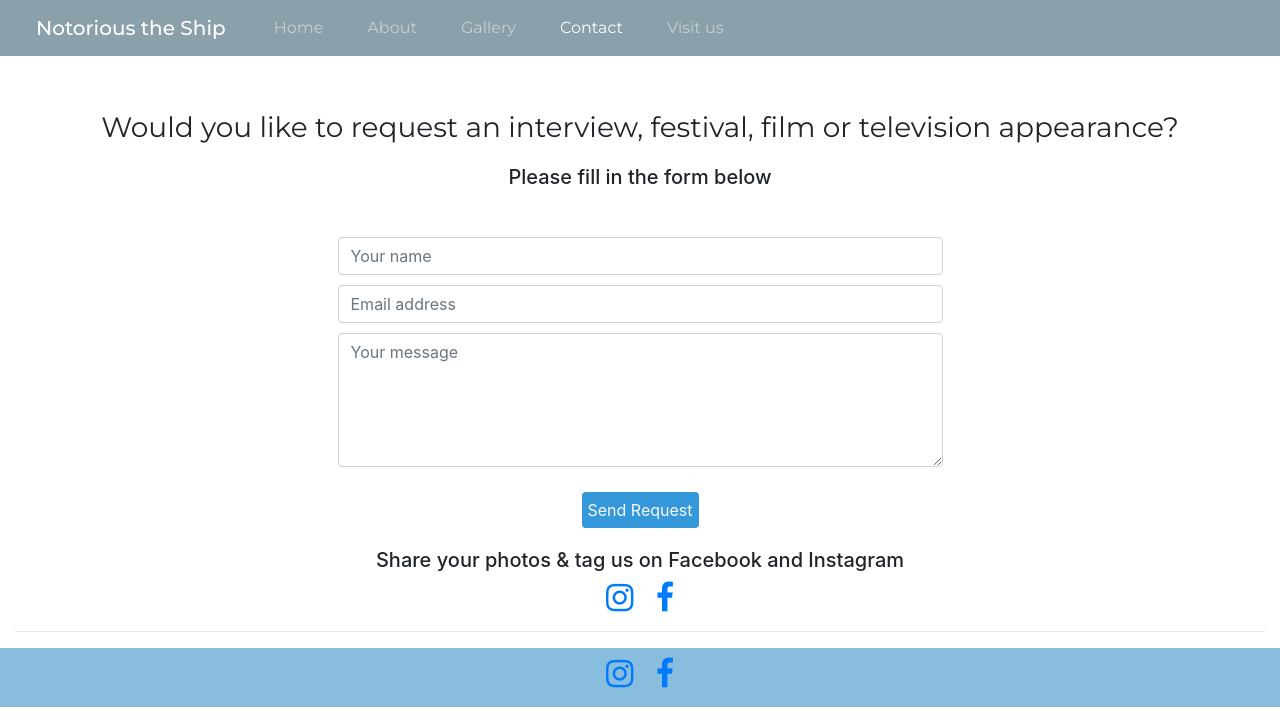
Repository: TSRose/NotorioustheShip
Page: contact.html
The author's editor kept a record of every edit. The page is drawn from the files as they stood at one moment, then again after the next edit.
The browser window is 1280 px wide. The pictures show the whole page.

Above is the page before.

### contact.html
<!DOCTYPE html>
<html lang="en">

<head>
    <meta charset="UTF-8">
    <meta name="viewport" content="width=device-width, initial-scale=1.0">
    <meta http-equiv="X-UA-Compatible" content="ie=edge">
    <link rel="stylesheet" href="https://stackpath.bootstrapcdn.com/bootstrap/4.3.1/css/bootstrap.min.css" type="text/css" />
    <link rel="stylesheet" href="https://stackpath.bootstrapcdn.com/font-awesome/4.7.0/css/font-awesome.min.css">
    <link rel="stylesheet" href="assets/css/style.css" type="text/css">

    <title>Notorious the Ship</title>
</head>

<body>
    <nav class="navbar navbar-dark navbar-expand-sm">
        <a href="index.html" class="navbar-brand">Notorious the Ship</a>
        <button class="navbar-toggler ml-auto" type="button" data-toggle="collapse" data-target="#navbarNavDropdown" aria-controls="navbarNavDropdown" aria-expanded="false" aria-label="Toggle navigation">
      <span class="navbar-toggler-icon"></span></button>
        <div class="collapse navbar-collapse" id="navbarNavDropdown">
            <ul class="navbar-nav mr-auto">
               <li class="nav-item mr-2"><a class="nav-link" href="index.html">Home</a></li>
                <li class="nav-item mr-2"><a class="nav-link" href="about.html">About</a></li>
                <li class="nav-item mr-2"><a class="nav-link" href="gallery.html">Gallery</a></li>
                <li class="active nav-item mr-2"><a class="nav-link" href="contact.html">Contact</a></li>
                <li class="nav-item mr-2"><a class="nav-link" href="open.html">Visit us</a></li>
            </ul>
            </div>
    </nav>

    <section class="container-fluid">
        <div class="row bg-color-contact">
            <div class="col-12">
                <h3 class="contact-heading text-center"> Would you like to request an interview, festival, film or television appearance?</h3>
                <h5 class="text-center">Please fill in the form below </h5>
                <div class="center-form">
                    <form>
                        <input type="text" name="name" id="fullname" class="form-control" placeholder="Your name" required />
                        <input type="email" name="email" id="emailaddress" class="form-control" placeholder="Email address" required />
                        <textarea rows="5" name="websitemessage" id="websitemessage" class="form-control" placeholder="Your message" required /></textarea>
                        <div class="form-row text-center">
                            <div class="col">
                                <button type="submit" class="btn">Send Request</button>
                            </div>
                        </div>
                    </form>
                </div>
                <h5 class="text-center">
                    Share your photos & tag us on Facebook and Instagram</h5>
                    <ul class="list-inline social-links">
                    <li class="list-inline-item">
                        <a target="_blank" href="http://instagram.com/notoriousship">
                        <i class="fa fa-instagram fa-2x" aria-hidden="true"></i>
                        <span class="sr-only">Instagram</span>
                        </a>
                    </li>
                    <li class="list-inline-item">
                        <a target="_blank" href="http://facebook.com/notorioustheship">
                        <i class="fa fa-facebook fa-2x" aria-hidden="true"></i>
                        <span class="sr-only">Facebook</span>
                        </a>
                    </li>
                </ul>
                <hr>
            </div>
        </div>
    </section>
 <!---------------------------footer----->
    <footer class="container-fluid footer">
        <div id="footer-details" class="row">
            <div class="col-12">
                <ul class="list-inline social-links">
                    <li class="list-inline-item">
                        <a target="_blank" href="http://instagram.com/notoriousship">
                        <i class="fa fa-instagram fa-2x" aria-hidden="true"></i>
                        <span class="sr-only">Instagram</span>
                        </a>
                    </li>
                    <li class="list-inline-item">
                        <a target="_blank" href="http://facebook.com/notorioustheship">
                        <i class="fa fa-facebook fa-2x" aria-hidden="true"></i>
                        <span class="sr-only">Facebook</span>
                        </a>
                    </li>
                </ul>
            </div>
        </div>
    </footer>

    <script src="https://code.jquery.com/jquery-3.3.1.slim.min.js" integrity="sha384-q8i/X+965DzO0rT7abK41JStQIAqVgRVzpbzo5smXKp4YfRvH+8abtTE1Pi6jizo" crossorigin="anonymous"></script>
    <script src="https://cdnjs.cloudflare.com/ajax/libs/popper.js/1.14.7/umd/popper.min.js" integrity="sha384-UO2eT0CpHqdSJQ6hJty5KVphtPhzWj9WO1clHTMGa3JDZwrnQq4sF86dIHNDz0W1" crossorigin="anonymous"></script>
    <script src="https://stackpath.bootstrapcdn.com/bootstrap/4.3.1/js/bootstrap.min.js" integrity="sha384-JjSmVgyd0p3pXB1rRibZUAYoIIy6OrQ6VrjIEaFf/nJGzIxFDsf4x0xIM+B07jRM" crossorigin="anonymous"></script>

</body>

</html>

### assets/css/style.css
@import url('https://fonts.googleapis.com/css?family=Montserrat:100,200,300,400,500,600,700|Roboto:100,200,300,400,500,600,700');

body {
    margin: 10;
    padding: 0;
}

header {
    margin: 0;
}

.footer {
    background-color: #89bddd;
    border-color: #89bddd;
}

h2 {
    margin-bottom: 20px;
}

/*-------------------------------- navbar */

.navbar-brand {
    font-family: "Montserrat", sans-serif;
    color: #fafafa;
    margin: 0 20px;
    font-weight: 500;
}

.nav-item {
    color: #fafafa;
    font-family: "Montserrat", sans-serif;
    margin: 0 20px;
}

.list-inline {
    text-align: center;
}

.navbar {
    color: #aaa;
    background-color: #8aa0aa;
    margin-bottom: 0;
    border: 0;
    width: 100%;
}

.navbar .navbar-toggler {
    border: 0;
}

/*---------------------------------Landing ----*/

.landing-container {
    height: 100VH;
    background: url("../images/notorious_portdouglas_xsm_crop.jpg") no-repeat center center fixed;
    -webkit-background-size: cover;
    -moz-background-size: cover;
    -o-background-size: cover;
    background-size: cover;
    display: flex;
    align-items: center;
    justify-content: center;
    position: relative;
}

@media (min-width: 576px) {
    .landing-container {
        background: url("../images/notorious_portdouglas_sm_crop.jpg") no-repeat center right fixed;
    }
}

@media (min-width: 768px) {
    .landing-container {
        background: url("../images/notorious_portdouglas_md_crop.jpg") no-repeat center right fixed;
    }
}

@media (min-width: 992px) {
    .landing-container {
        background: url("../images/notorious_portdouglas.PNG") no-repeat center left fixed;
    }
}

.text-uppercase {
    text-transform: uppercase;
}

.landing-subheading {
    padding: 0 0px;
    text-align: left;
}

/*--------------------------------Jumbotron*/

.absolute {
    position: absolute;
    height: 100VH;
    width: 100VW;
    padding: 7%;
}

.jumbotron {
    background-color: transparent;
    padding: 0;
    color: #fafafa;
    height: 100VH;
}

.jumbotron-header {
    font-weight: bold;
    margin-bottom: 35px;
    margin: 50px;
    text-transform: capitalize;
    padding: 50px;
}


/*--------------------------------------- contact form*/

.contact-heading {
    font-family: "Montserrat", sans-serif;
    font-weight: 200;
    padding-top: 30px;
    margin-top: 25px;
    margin-bottom: 15px;
}

.center-form {
    padding: 0 10px;
    margin: 0 auto;
    max-width: 70%;
}

button[type="submit"] {
    margin-top: 15px;
    margin-bottom: 20px;
    color: #fafafa;
    background-color: #3498db;
}

.btn {
    padding: 5px;
}

.form-control {
    margin: 10px 0;
}

.share {
    margin: 25px 0;
}

@media(max-width: 991px) {
    .center-form {
        padding-top: 30px;
        min-height: 240px;
        margin: 0 auto;
        max-width: 70%;
    }
}

@media(min-width: 992px) {
    .center-form {
        padding-top: 30px;
        min-height: 240px;
        margin: 0 auto;
        max-width: 50%;
    }
}

@media(min-width: 992px) {
    .contact-heading {
        font-family: "Montserrat", sans-serif;
        font-weight: 400;
        margin-top: 25px;
        margin-bottom: 20px;
    }
}

/*-----------------------------------About*/

.about-container {
    margin: 15px;
}

.article-wrapper {
    margin-right: 50px;
}

.theshipimage {
    background: url("../images/notorious_on_anchor.PNG");
    background-position: left;
    background-repeat: no-repeat;
    display: inline-block;
    width: 300px;
    height: auto;
    transition: all .5s ease-in-out;
    -moz-transition: all .5s ease-in-out;
    -webkit-transition: all .5s ease-in-out;
    margin: 0 15;
}

.thebuilderimage {
    background: url("../images/graemewylie.jpg");
    background-position: left;
    background-repeat: no-repeat;
    background-size: cover;
    display: block;
    width: 300px;
    height: auto;
    transition: all .5s ease-in-out;
    -moz-transition: all .5s ease-in-out;
    -webkit-transition: all .5s ease-in-out;
}

.thehistoryimage {
    background: url("../images/portuguesecaravelmodel.jpg");
    background-position: left;
    background-repeat: no-repeat;
    background-size: cover;
    display: block;
    width: auto;
    height: 300px;
    max-height: 300px;
    transition: all .5s ease-in-out;
    -moz-transition: all .5s ease-in-out;
    -webkit-transition: all .5s ease-in-out;
}

.article-container {
    margin: 30px;
}

/*-----------------------------------Open Days*/
.opendays {

}

/*-----------------------------------Gallery*/

.gallery-container {
    padding: 20px 0;
}

.image-padding {
    padding: 5px;
}

.zoom {
    width: 100%;
    height: 200px;
    border-radius:5px;
    background-size: cover;
    -webkit-transition: all .3s ease-in-out;
    -moz-transition: all .3s ease-in-out;
    -o-transition: all .3s ease-in-out;
    -ms-transition: all .3s ease-in-out;
}


.transition {
    -webkit-transform: scale(1.2);
    -moz-transform: scale(1.2);
    -o-transform: scale(1.2);
    transform: scale(1.2);
}
    .modal-header {

     border-bottom: none;
}
    .modal-title {
        color:#000;
    }
    .modal-footer{
      display:none;
    }


/*-----------------------------------Footer*/

.social-links {
    margin-top: 10px;
    padding-bottom: 0px;
}

.list-inline-item {
    padding-left: 5px;
    padding-right: 5px;
}

After the next edit:
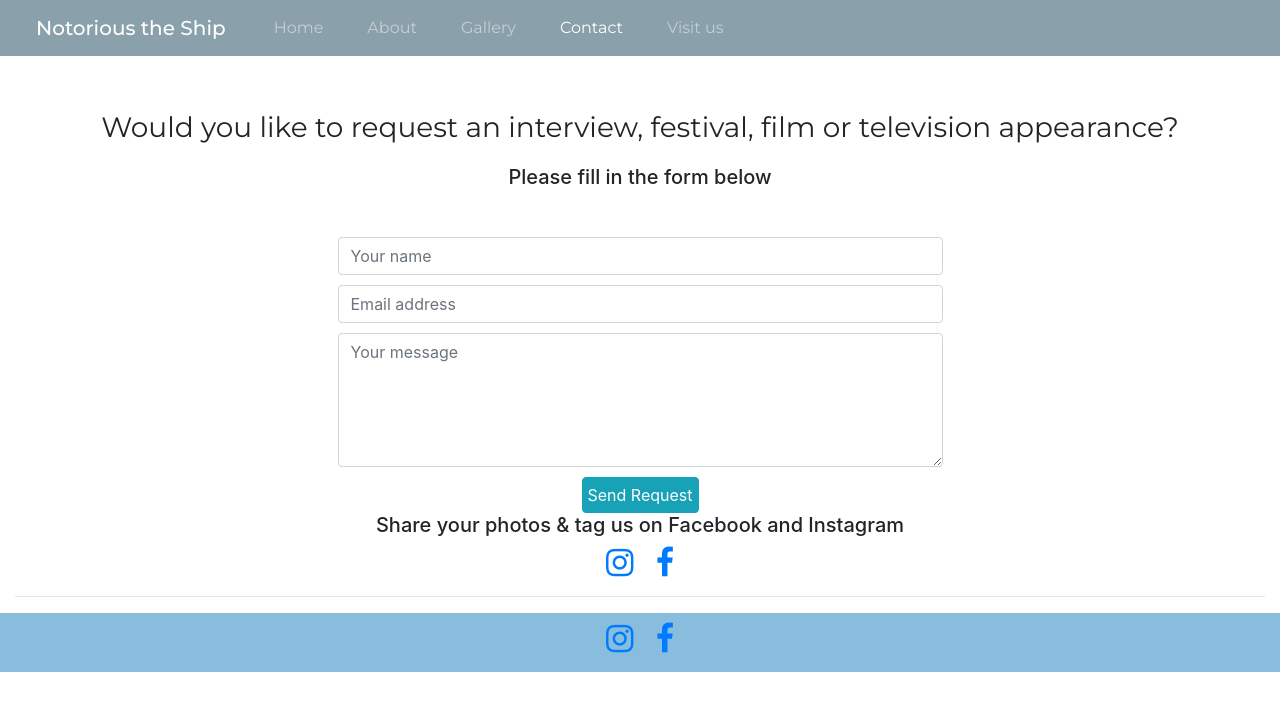
The edit:
--- a/contact.html
+++ b/contact.html
@@ -39,8 +39,8 @@
                         <input type="email" name="email" id="emailaddress" class="form-control" placeholder="Email address" required />
                         <textarea rows="5" name="websitemessage" id="websitemessage" class="form-control" placeholder="Your message" required /></textarea>
                         <div class="form-row text-center">
-                            <div class="col">
-                                <button type="submit" class="btn">Send Request</button>
+                            <div class="col-12">
+                                <button type="button" class="btn btn-info">Send Request</button>
                             </div>
                         </div>
                     </form>
